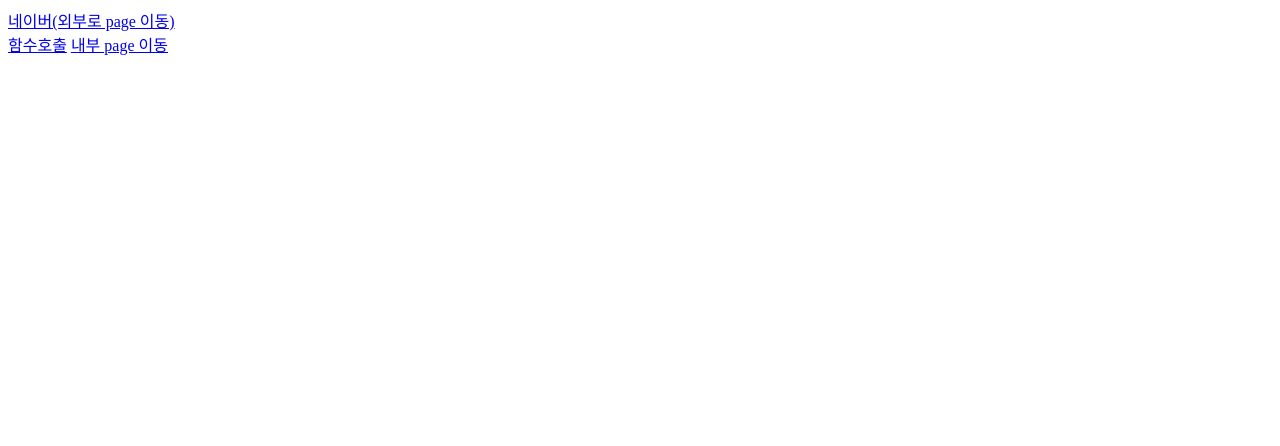
Repository: paul2oh/hellowjava
Page: workspace/javastart_svn/src/javastart/WebContent/clientPrg/a01_html/a03_link.html
An editor plug-in stored every save of this project. The page is shown before and after the next save, followed by the edit.
The browser window is 1280 px wide. The pictures show the whole page.

Above is the page before, as saved 2017-01-03 08:21:49.

After the next save:
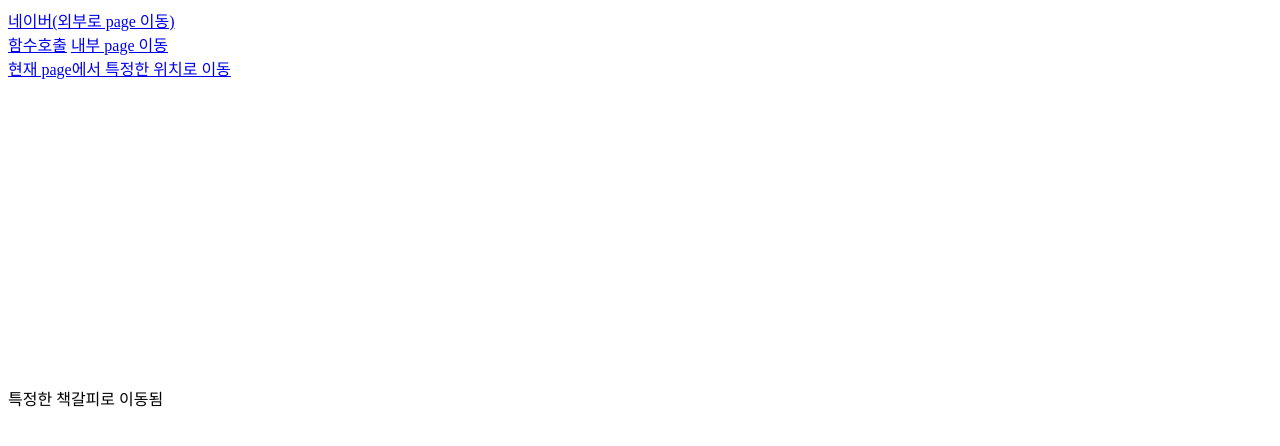
Saved 111 s later.
--- a/workspace/javastart_svn/src/javastart/WebContent/clientPrg/a01_html/a03_link.html
+++ b/workspace/javastart_svn/src/javastart/WebContent/clientPrg/a01_html/a03_link.html
@@ -20,6 +20,26 @@ function call(){
 <a href="http://www.naver.com">네이버(외부로 page 이동)</a><br />
 <a href="javascript:call();">함수호출</a>
 <a href="a04_go_page.html">내부 page 이동</a><br />
+<a href="#gogo">현재 page에서 특정한 위치로 이동</a>
+<br />
+<br />
+<br />
+<br />
+<br />
+<br />
+<br />
+<br />
+<br />
+<br />
+<br />
+<br />
+<br />
+<br />
+<br />
+<br />
+<br />
+	<br />
+	<a name="gogo">특정한 책갈피로 이동됨</a>
 
 </body>
 </html>
